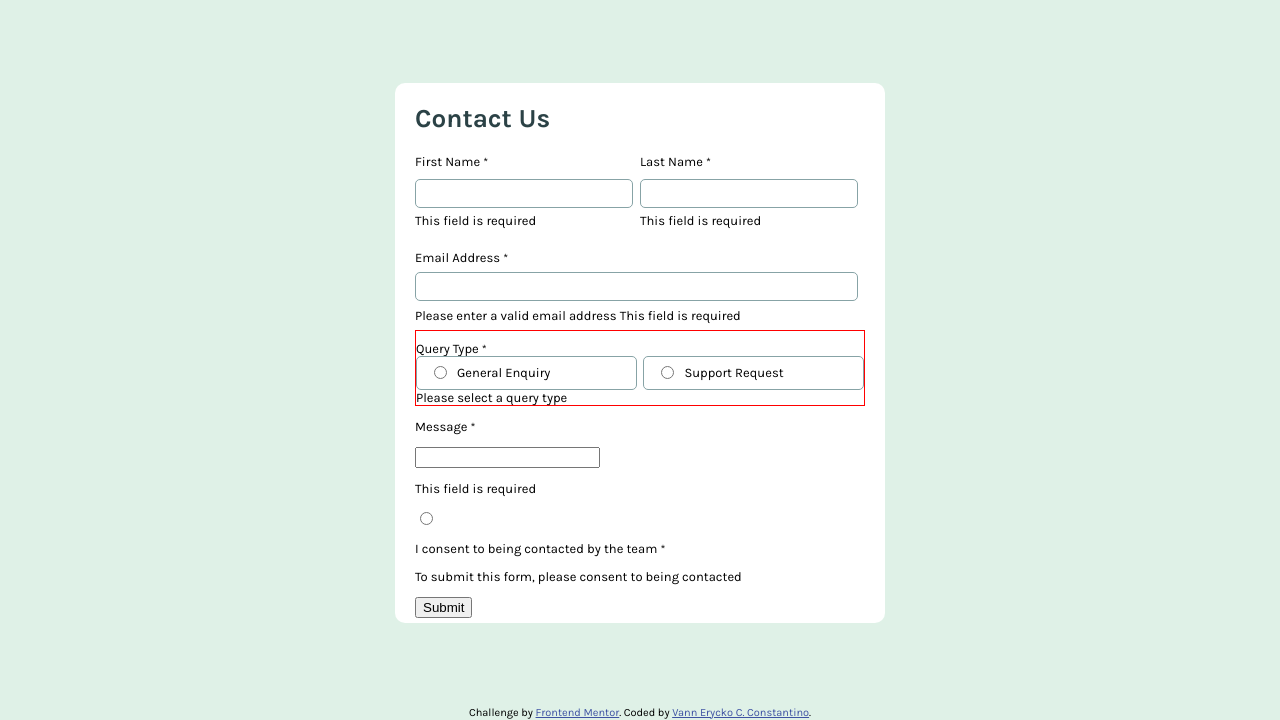
Repository: kocokoy/contact-form
Page: contact-form-main/index.html
The author's editor kept a copy of each file at every save. The page is drawn from the files as they stood at one save, then again after the next save.
The browser window is 1280 px wide. The pictures show the whole page.

Above is the page before, as saved 2024-10-24 10:20:31.

### contact-form-main/index.html
<!DOCTYPE html>
<html lang="en">
<head>
  <meta charset="UTF-8">
  <meta name="viewport" content="width=device-width, initial-scale=1.0"> <!-- displays site properly based on user's device -->

  <link rel="icon" type="image/png" sizes="32x32" href="./assets/images/favicon-32x32.png">
  <link rel="stylesheet" href="/contact-form-main/styles/style.css">
  <link rel="preconnect" href="https://fonts.googleapis.com">
  <link rel="preconnect" href="https://fonts.gstatic.com" crossorigin>
  <link href="https://fonts.googleapis.com/css2?family=Karla:ital,wght@0,200..800;1,200..800&family=Red+Hat+Text:ital,wght@0,300..700;1,300..700&display=swap" rel="stylesheet">
  <title>Frontend Mentor | Contact form</title>

  <!-- Feel free to remove these styles or customise in your own stylesheet 👍 -->
  <style>
    .attribution { font-size: 11px; text-align: center; }
    .attribution a { color: hsl(228, 45%, 44%); }
  </style>
</head>
<body>
  <div class="container">
    <div class="contact-form-card">
      <h1 class="contact-us-header">
        Contact Us
      </h1>
      <div class="name-section">
        <div class="first-name-section">
          <p>
            First Name
            <span>*</span>
          </p>
          <input type="text" name="" id="">
          <p>
            This field is required
          </p>
        </div>
        <div class="last-name-section">
          <p>
            Last Name
            <span>*</span>
          </p>
          <input type="text" name="" id="">
          <p>
            This field is required
          </p>
        </div>
      </div>
      <div class="email-section">
        <p>Email Address  <span>*</span></p>
        <input type="text">
        <p>Please enter a valid email address
          This field is required</p>
      </div>
      <div class="query-type-section">
        <p>Query Type  <span>*</span></p>
        <div class="radio-query-type-section">
          <div class="general-radio-query-type-section">
            <input type="radio">
            General Enquiry
          </div>
          <div class="support-radio-query-type-section">
            <input type="radio">
            Support Request
          </div>
        </div>
        <p>Please select a query type</p>
      </div>
      <div class="message-section">
        <p>Message  <span>*</span></p>
        <input type="text">
        <p>This field is required</p>
      </div>
      <div class="consent-section">
        <div>
          <input type="radio">
          <p>I consent to being contacted by the team  <span>*</span></p>
        </div>
        <p> To submit this form, please consent to being contacted</p>
      </div>
      <div class="submit-btn-section">
        <button>
          Submit</button>
      </div>
    </div>
  </div>




  <!-- Message Sent!
  Thanks for completing the form. We'll be in touch soon! -->

  <div class="attribution">
    Challenge by <a href="https://www.frontendmentor.io?ref=challenge">Frontend Mentor</a>.
    Coded by <a href="#">Vann Erycko C. Constantino</a>.
  </div>
</body>
</html>

### contact-form-main/styles/style.css
:root{
  /* Primary */
  --Green200: hsl(148, 38%, 91%);
  --Green600: hsl(169, 82%, 27%);
  --Red:hsl(0, 66%, 54%);

  --White: hsl(0, 0%, 100%);
  --Grey500: hsl(186, 15%, 59%);
  --Grey900: hsl(187, 24%, 22%);
}

body{
  padding: 0;
  margin: 0;
  background-color: var(--Green200);
  font-family: Karla;
  font-size: 13px;
  font-weight: 400;
}

span {
  font-size: 12px;
}

.container{
  display: flex;
  align-items: center;
  justify-content: center;
  height: 98vh;
}

.contact-form-card{
  display: flex;
  flex-direction: column;
  border: 1px var(--Grey500);
  background-color: var(--White);
  height: 500px;
  width: 450px;
  border-radius: 10px;
  padding: 20px;
}

.contact-us-header{
  padding: 0;
  margin: 0;
  font-weight: 700;
  color: var(--Grey900);
}

.name-section{
  display: flex;
  flex-direction: row;
  justify-content: space-between;
  padding-top: 15px;
}

.name-section p{
  margin: 5px 0;
  padding-bottom: 5px;
}

.name-section input{
 width: 94%;
 height: 25px;
 border: 1px solid var(--Grey500);
 border-radius: 5px;
}

.first-name-section, .last-name-section{
  width: 100%;
}

.email-section{
  padding-top: 5px;
  display: flex;
  flex-direction: column;
}

.email-section p{
  margin:0;
  padding: 7px 0;
}

.email-section input{
  width: 97%;
  height: 25px;
  border-radius: 5px;
  border: 1px solid var(--Grey500);
}

.query-type-section{
  padding-top: 10px;
  border: 1px solid red;
  display: flex;
  flex-direction: column;
}

.query-type-section p{
  padding: 0;
  margin: 0;
}

.query-type-section .radio-query-type-section{
  display: flex;
  flex-direction: row;
  justify-content: space-between;
}

.query-type-section .radio-query-type-section input{
  margin: 0 10px 0 17px;
  font-size: 5px;
}

.general-radio-query-type-section ,.support-radio-query-type-section{
  display: flex;
  flex-direction: row;
  align-items: center;
  height: 32px;
  border-radius: 5px;
  border: 1px solid var(--Grey500);
  width: 48.8%;
}

After the next save:
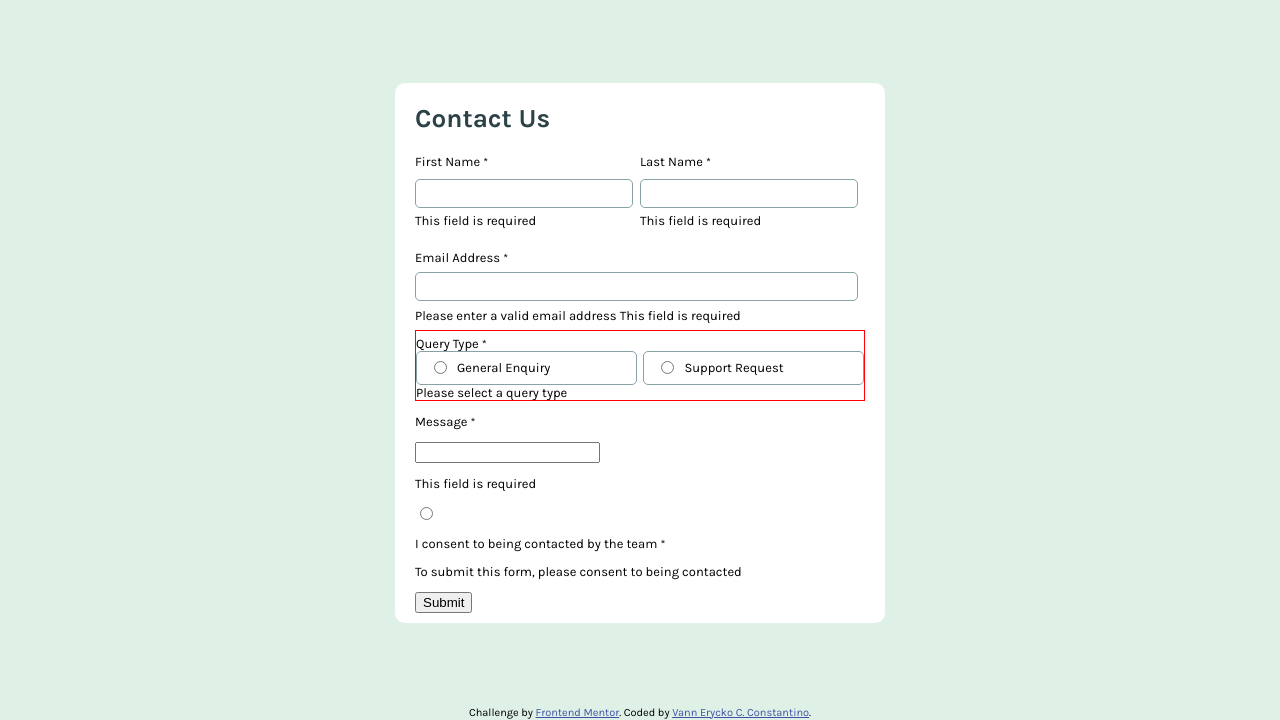
Saved 5 s later.
--- a/contact-form-main/styles/style.css
+++ b/contact-form-main/styles/style.css
@@ -89,7 +89,7 @@ span {
 }
 
 .query-type-section{
-  padding-top: 10px;
+  padding-top: 5px;
   border: 1px solid red;
   display: flex;
   flex-direction: column;
